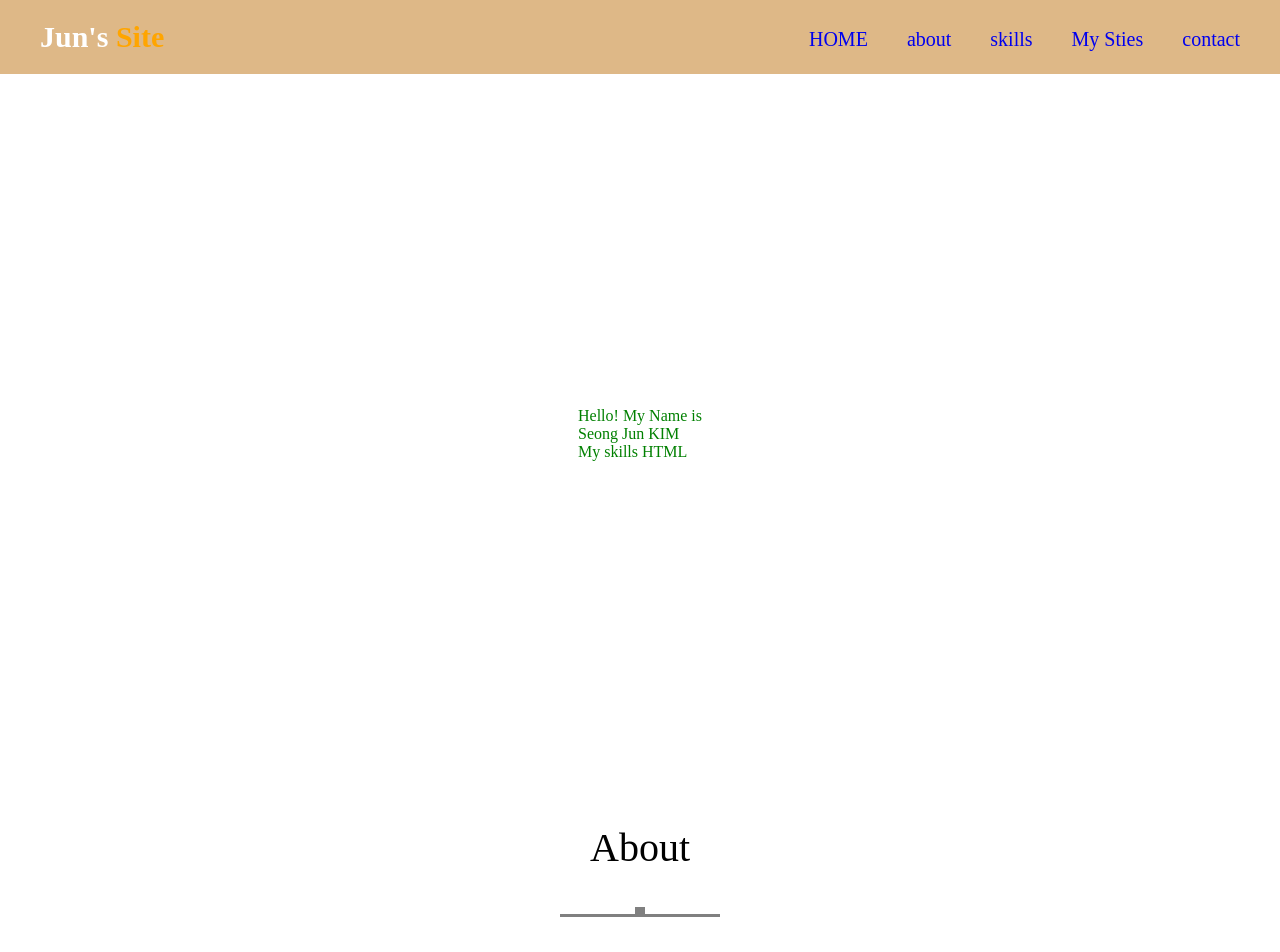
Repository: jun01270/jun
Page: index.html
These files come from the project's save history. The page is drawn as it stood at one moment and after the next save; the edit follows.
The browser window is 1280 px wide. The pictures show the part of the page from y = 0 to 952 px (the page is 2474 px tall).
A picture or video elsewhere on the page could not be fetched, so the positions and the page height are approximate. Some web libraries are served in a nearby version.

Above is the page before, as saved 2023-05-10 10:54:17.

After the next save:
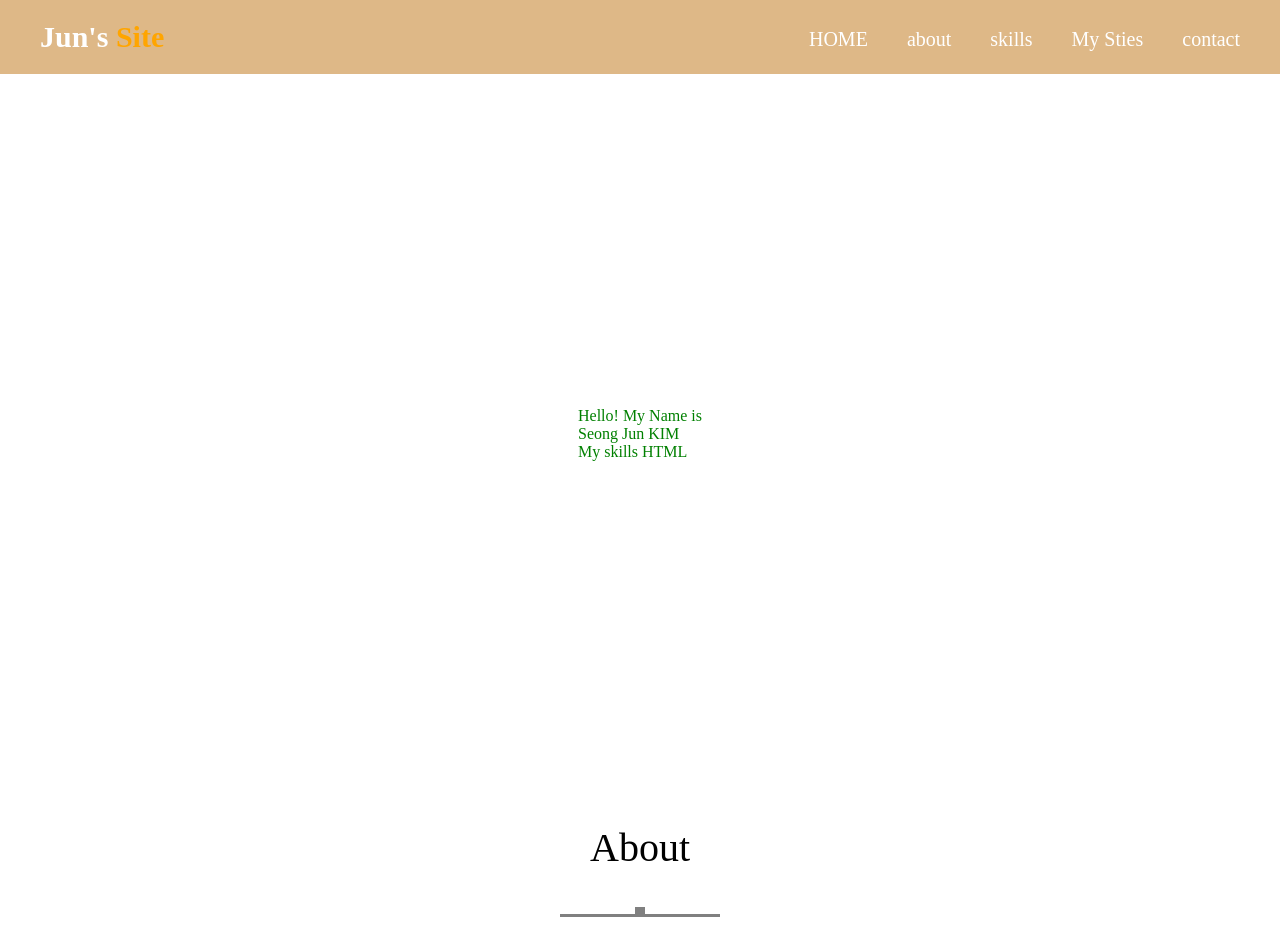
Saved 4 min 32 s later.
--- a/css/style.css
+++ b/css/style.css
@@ -123,6 +123,26 @@ html {
   border-radius: 3px;
 }
 
+.navbar.sticky {
+  padding: 20px 0;
+  background-color: black;
+}
+
+.navbar.sticky .logo a span {
+  color: white;
+}
+
+.navbar.sticky .menu-bar li a:hover {
+  color: white;
+}
+
+.navbar .menu-btn {
+  color: white;
+  font-size: 25px;
+  display: none;
+  cursor: pointer;
+}
+
 @media screen and (max-width: 700px) {
   .navbar {
     flex-direction: column;
